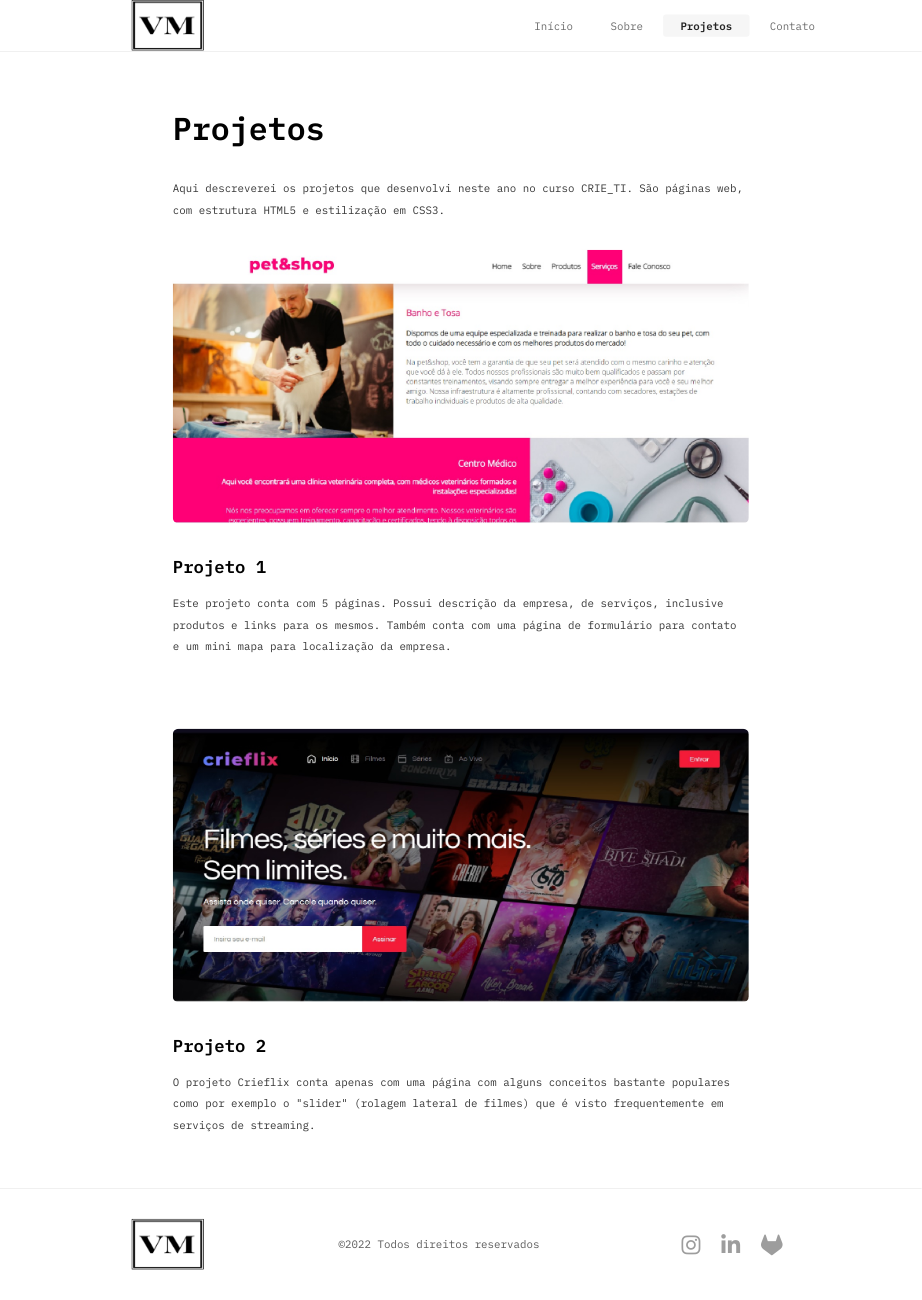
Repository: viictormatias/viictormatias.github.io
Page: projects.html
The author's editor kept a copy of each file at every save. The page is drawn from the files as they stood at one save, then again after the next save.
The browser window is 1280 px wide. The pictures show the whole page, at 72% of full size.
Some web libraries are served in a nearby version.

Above is the page before, as saved 2023-01-23 10:45:29.

After the next save:
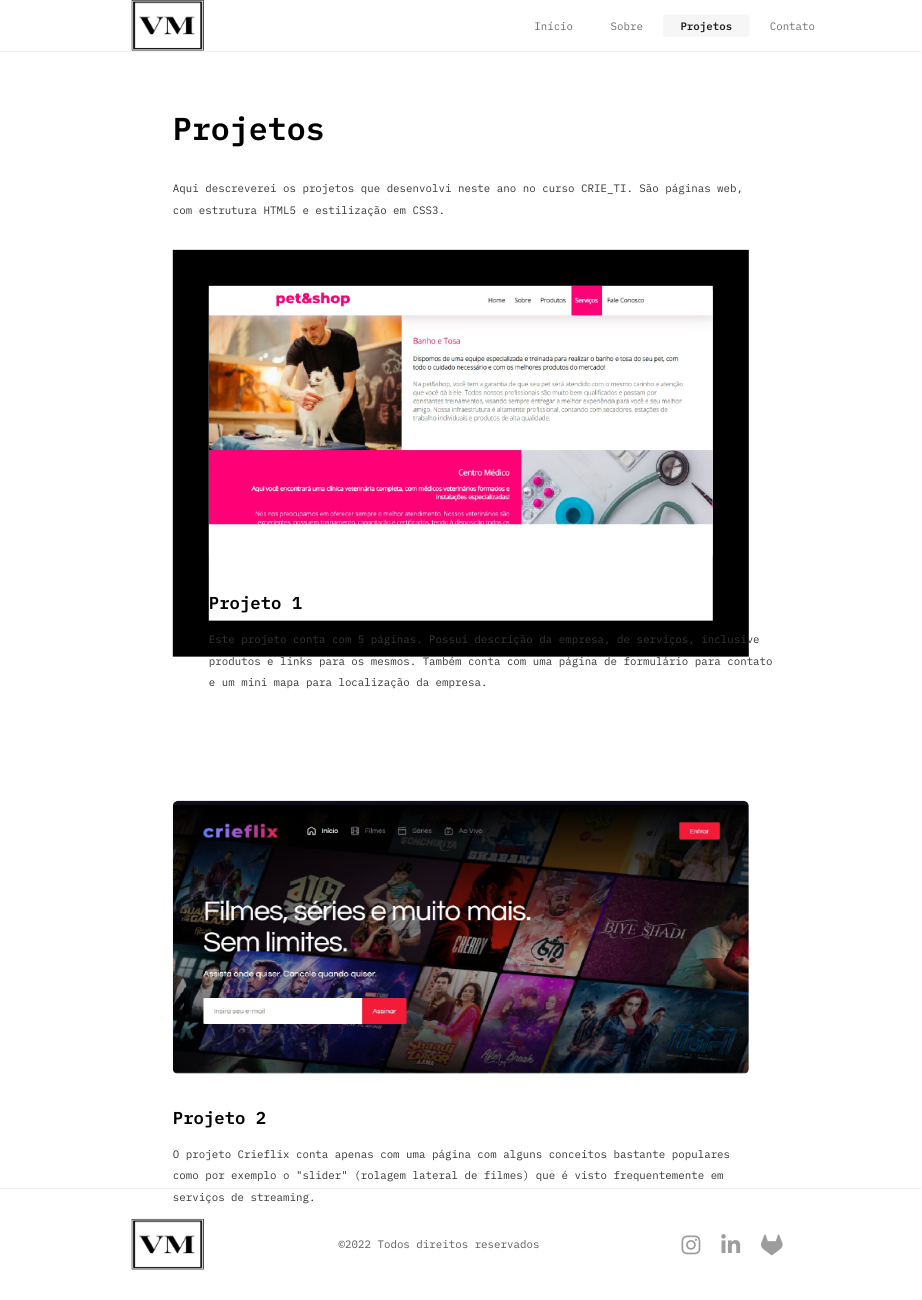
Saved 2 min 27 s later.
--- a/styles/components/projects.css
+++ b/styles/components/projects.css
@@ -119,7 +119,7 @@
     color: var(--color-black);
 }
 .project_border {
-    border: 50px;
+    border: 50px solid;
     border-color: black;
 }
 
